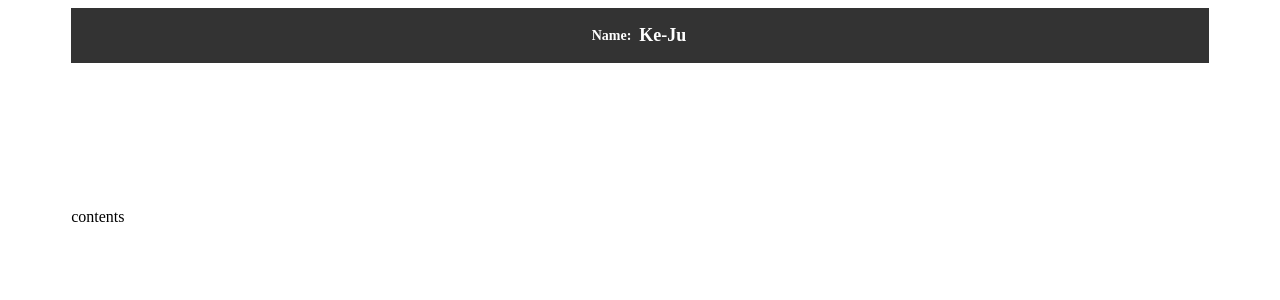
Repository: kerudai/mdiat3126nextapp
Page: /
The author's editor kept a copy of each file at every save. The page is drawn from the files as they stood at one save, then again after the next save.
The browser window is 1280 px wide. The pictures show the whole page.
The project was rebuilt for these pictures with package versions that can differ from the ones it lists, and the page was loaded fresh each time. The framework's server and built-in components were replaced by stand-ins that run in the browser.

Above is the page before, as saved 2020-09-29 16:10:54.

After the next save:
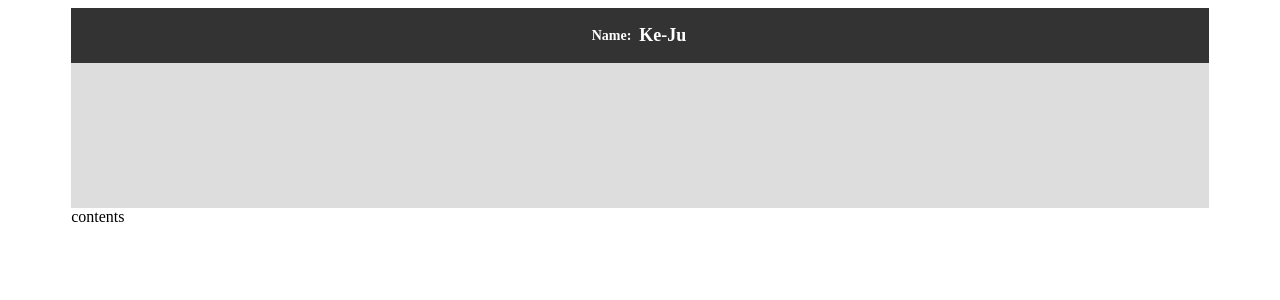
Saved 12 s later.
--- a/pages/index.scss
+++ b/pages/index.scss
@@ -4,5 +4,6 @@
 
     .header {
         min-height: 200px;
+        background-color: #DDD;
     }
 }
